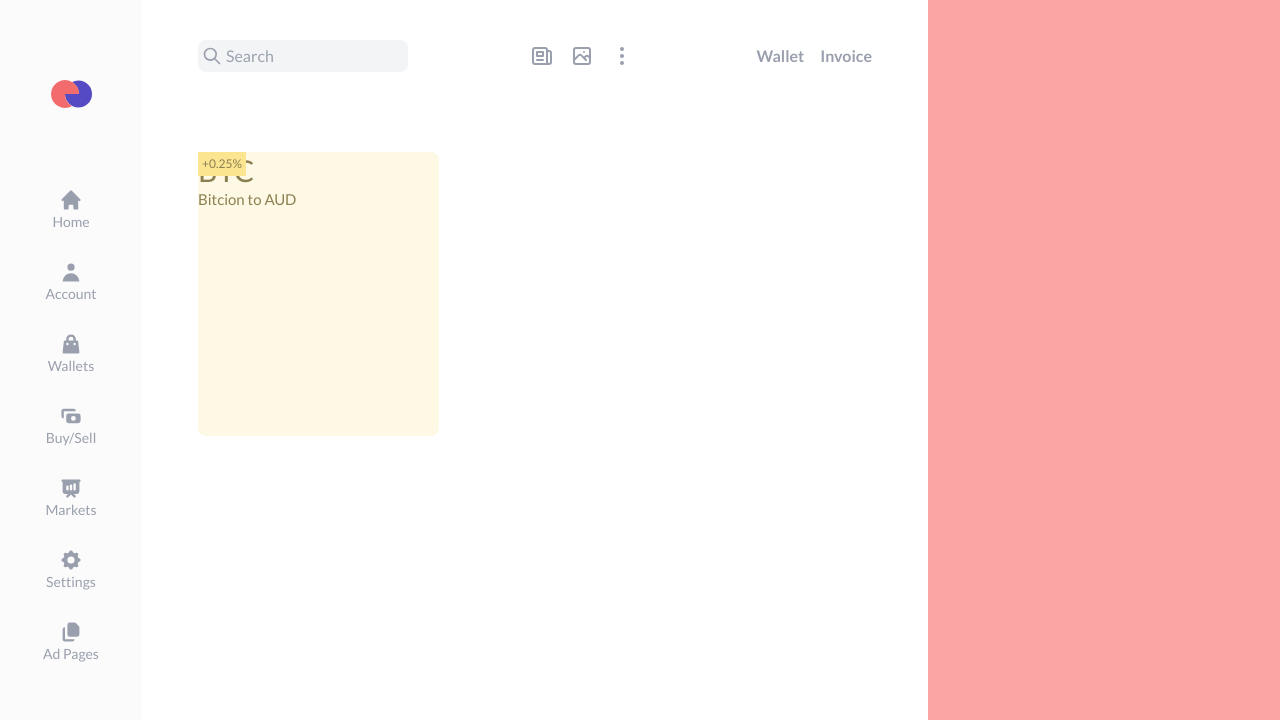
Repository: almaqdad55/crypto-app-nextjs
Page: /
These files come from the project's save history. The page is drawn as it stood at one moment and after the next save; the edit follows.
The browser window is 1280 px wide. The pictures show the whole page.
The project was rebuilt for these pictures with package versions that can differ from the ones it lists, and the page was loaded fresh each time. The framework's server and built-in components were replaced by stand-ins that run in the browser.

Above is the page before, as saved 2022-01-04 20:41:25.

### pages/index.js
import Head from 'next/head';
import Sidebar from '../components/Sidebar';
import Feed from '../components/Feed';
import Widget from '../components/Widget';

export default function Home() {
  return (
    <div className="">
      <Head>
        <title>Crypto Trade</title>
        <link rel="icon" href="/logo.svg" />
      </Head>

      <main className="flex">
        <Sidebar />
        <Feed />
        <Widget />
      </main>
    </div>
  );
}

### styles/globals.css
@import url('https://fonts.googleapis.com/css2?family=Lato:wght@300;400;700&display=swap');

@tailwind base;
@tailwind components;
@tailwind utilities;

@layer base {
  body {
    @apply bg-white font-Lato;
  }
}

@layer components {
  .icon-group {
    @apply flex flex-col  items-center text-sm cursor-pointer text-[#9A9FAD] hover:text-[#544AC3] transition duration-200;
  }
}

### components/Sidebar.jsx
import {
  HomeIcon,
  UserIcon,
  CashIcon,
  ShoppingBagIcon,
  PresentationChartBarIcon,
  CogIcon,
  DocumentDuplicateIcon,
} from '@heroicons/react/solid';

const Sidebar = () => {
  return (
    <div className="flex flex-col items-center  h-screen w-[142px]  bg-[#fbfbfb] ">
      <div className="mt-20">
        <img src="/logo.svg" alt="" />
      </div>
      <div className="mb-40 mt-20 flex flex-col space-y-7">
        <div className="icon-group group">
          <HomeIcon className="h-6 " />
          <span className="">Home</span>
        </div>
        <div className="icon-group group">
          <UserIcon className="h-6 " />
          <span className="">Account</span>
        </div>
        <div className="icon-group group">
          <ShoppingBagIcon className="h-6 " />
          <span className="">Wallets</span>
        </div>
        <div className="icon-group group ">
          <CashIcon className="h-6 " />
          <span className="">Buy/Sell</span>
        </div>
        <div className="icon-group group">
          <PresentationChartBarIcon className="h-6 " />
          <span className="">Markets</span>
        </div>
        <div className="icon-group group">
          <CogIcon className="h-6 " />
          <span className="">Settings</span>
        </div>
        <div className="icon-group group">
          <DocumentDuplicateIcon className="h-6 " />
          <span className="">Ad Pages</span>
        </div>
      </div>
    </div>
  );
};

export default Sidebar;

### components/Feed.jsx
import {
  DotsVerticalIcon,
  PhotographIcon,
  NewspaperIcon,
  SearchIcon,
} from '@heroicons/react/outline';

import Card from './Card';

// import { SearchIcon } from '@heroicons/react/solid';
const Feed = () => {
  return (
    <div className=" flex-grow  bg-white px-14 py-10 space-y-20">
      {/* Top Menu */}
      <div className="flex items-center  justify-between ">
        <div className="flex items-center bg-[#F2F4F5] rounded-lg p-1 space-x-1">
          <SearchIcon className="h-5 text-[#9A9FAD]" />
          <input
            type="text"
            placeholder={`Search`}
            className="outline-none bg-[#F2F4F5]"
          />
        </div>
        <div className="flex space-x-4 text-[#9A9FAD] ">
          <NewspaperIcon className="h-6 " />
          <PhotographIcon className="h-6 " />
          <DotsVerticalIcon className="h-6 " />
        </div>
        <div className="flex text-[16px] font-bold space-x-4 text-[#9A9FAD]  ">
          <p className="">Wallet</p>
          <p className="">Invoice</p>
        </div>
      </div>

      {/* Cards Display */}
      <div>
        <Card />
      </div>
    </div>
  );
};

export default Feed;

### components/Widget.jsx
const Widget = () => {
  return <div className="bg-red-300 min-w-[352px]"></div>;
};

export default Widget;

### components/Card.jsx
const Card = () => {
  return (
    <div className="w-[241px] h-[284px] bg-[#FDF9E5] rounded-lg relative text-[#8B7F50]">
      <div className="absolute bg-[#FBE591] text-[#8B7F50] text-xs p-1">
        +0.25%
      </div>
      <h1 className="text-3xl ">BTC</h1>
      <p className="text-[15px]">Bitcion to AUD</p>
    </div>
  );
};

export default Card;

### tailwind.config.js
module.exports = {
  content: [
    './pages/**/*.{js,ts,jsx,tsx}',
    './components/**/*.{js,ts,jsx,tsx}',
  ],
  theme: {
    extend: {
      fontFamily: {
        Lato: ['Lato', 'sans-serif'],
      },
    },
  },
  plugins: [],
};

Loaded but not shown: pages/_app.js (common file); pages/api/hello.js (common file); pages/api/city.js (no copy from this time; the picture is the same without it); pages/api/getYTData.js (no copy from this time; the picture is the same without it)

After the next save:
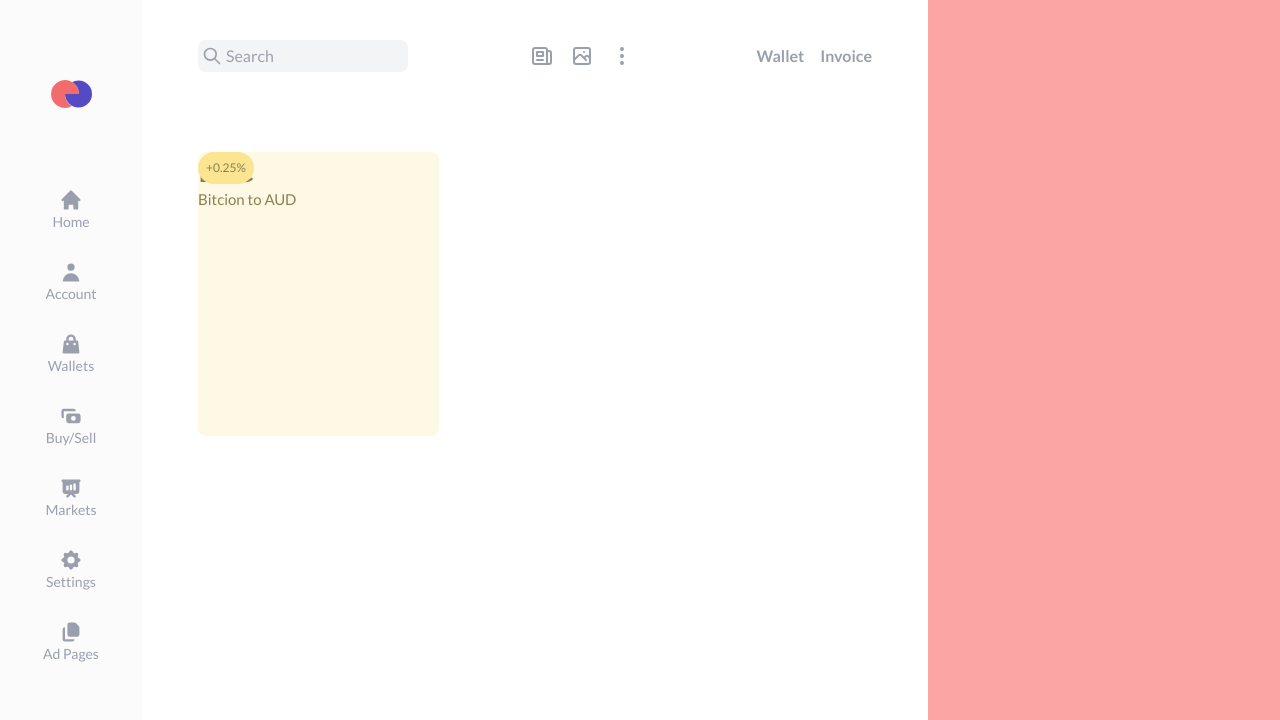
Saved 8 s later.
--- a/components/Card.jsx
+++ b/components/Card.jsx
@@ -1,7 +1,7 @@
 const Card = () => {
   return (
     <div className="w-[241px] h-[284px] bg-[#FDF9E5] rounded-lg relative text-[#8B7F50]">
-      <div className="absolute bg-[#FBE591] text-[#8B7F50] text-xs p-1">
+      <div className="absolute bg-[#FBE591] text-[#8B7F50] text-xs rounded-2xl p-2">
         +0.25%
       </div>
       <h1 className="text-3xl ">BTC</h1>
